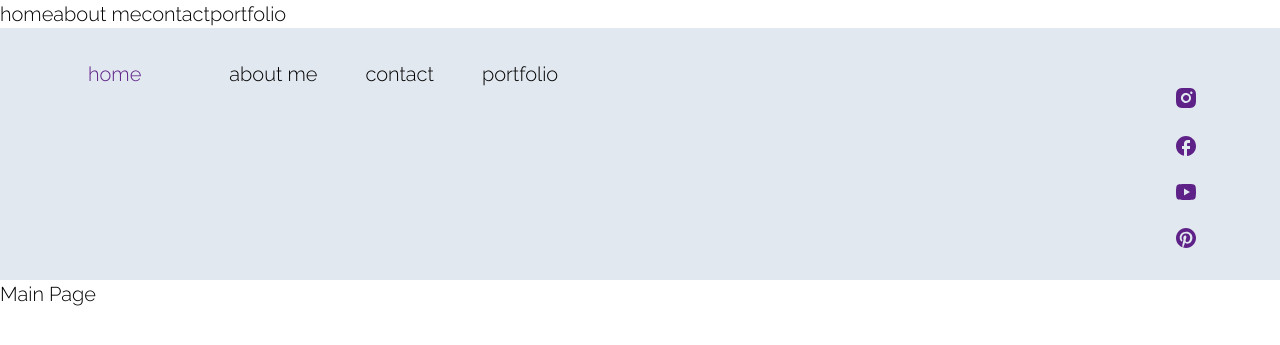
Repository: hubertrh/klaudia-personal-next
Page: /
An editor plug-in stored every save of this project. The page is shown before and after the next save, followed by the edit.
The browser window is 1280 px wide. The pictures show the whole page.
The project was rebuilt for these pictures with package versions that can differ from the ones it lists, and the page was loaded fresh each time. The framework's server and built-in components were replaced by stand-ins that run in the browser. Also part of the build but not shown: next.config.js.

Above is the page before, as saved 2023-08-11 18:02:08.

### app/layout.tsx
import './globals.css';
import type { Metadata } from 'next';
import { Inter } from 'next/font/google';
import Link from 'next/link';

const inter = Inter({ subsets: ['latin'] });

export const metadata: Metadata = {
  title: 'Klaudia Rogala-Haracz',
  description: 'Portrait and reportage photography. Based in London.',
};

export default function RootLayout({
  children,
}: {
  children: React.ReactNode;
}) {
  return (
    <html lang="en">
      <body className={inter.className}>
        <header>
          <nav>
            <Link href="#!">home</Link>
            <Link href="#!">about me</Link>
            <Link href="#!">contact</Link>
            <Link href="#!">portfolio</Link>
          </nav>
          <div></div>
        </header>
        {children}
      </body>
    </html>
  );
}

### app/(site)/layout.tsx
import '../globals.css';
import type { Metadata } from 'next';
import { Raleway } from 'next/font/google';
import Image from 'next/image';
import Link from 'next/link';
import igIcon from '@/public/icons/ig-icon.svg';
import fbIcon from '@/public/icons/fb-icon.svg';
import ytIcon from '@/public/icons/yt-icon.svg';
import pinIcon from '@/public/icons/pin-icon.svg';

const raleway = Raleway({ weight: '300', subsets: ['latin'] });

export const metadata: Metadata = {
  title: 'Klaudia Rogala-Haracz',
  description: 'Portrait and reportage photography. Based in London.',
};

export default function RootLayout({
  children,
}: {
  children: React.ReactNode;
}) {
  return (
    <html lang="en">
      <body className={`${raleway.className} text-xl`}>
        <header className="flex justify-between bg-slate-200 px-16 py-8">
          <nav className="nav">
            <Link className="!ml-0 !mr-10 text-primary" href="/">
              home
            </Link>
            <Link href="#!">about me</Link>
            <Link href="#!">contact</Link>
            <Link href="/portfolio">portfolio</Link>
          </nav>
          <div className="social-icons">
            <Link href="https://www.instagram.com/_klaudiarogala/">
              <Image src={igIcon} alt="Instagram icon" />
            </Link>
            <Link href="https://www.facebook.com/klaudiarogalaphotographer/">
              <Image src={fbIcon} alt="Facebook icon" />
            </Link>
            <Link href="https://www.youtube.com/channel/UCyVfMWp16X_wYCG9213YOQw/">
              <Image src={ytIcon} alt="YouTube icon" />
            </Link>
            <Link href="https://www.pinterest.com/zuzannnnaa/">
              <Image src={pinIcon} alt="Pinterest icon" />
            </Link>
            {/* <a class="lang-btn" href="/pl/index.html"><img src="/icons/flag-pl.svg" /></a> */}
          </div>
        </header>
        {children}
      </body>
    </html>
  );
}

### app/(site)/page.tsx
export default function Home() {
  return <div>Main Page</div>;
}

### app/globals.css
@tailwind base;
@tailwind components;
@tailwind utilities;

:root {
  --foreground-rgb: 0, 0, 0;
  --background-rgb: 255, 255, 255;
}

body {
  color: rgb(var(--foreground-rgb));
  background: rgb(var(--background-end-rgb));
}

.nav > * {
  @apply relative px-6 py-6 transition-all duration-300 before:absolute before:bottom-4 before:left-1/2 before:h-[1.5px] before:w-0 before:-translate-x-1/2 before:bg-primary before:transition-all before:duration-300 before:ease-out before:content-[''] hover:text-primary hover:before:w-full;
}

.social-icons > * {
  @apply pl-10;
}

### tailwind.config.js
/** @type {import('tailwindcss').Config} */
module.exports = {
  content: [
    './pages/**/*.{js,ts,jsx,tsx,mdx}',
    './components/**/*.{js,ts,jsx,tsx,mdx}',
    './app/**/*.{js,ts,jsx,tsx,mdx}',
  ],
  theme: {
    extend: {
      colors: {
        primary: '#5D2187',
      },
      backgroundImage: {
        'gradient-radial': 'radial-gradient(var(--tw-gradient-stops))',
        'gradient-conic':
          'conic-gradient(from 180deg at 50% 50%, var(--tw-gradient-stops))',
      },
    },
  },
  plugins: [],
};

After the next save:
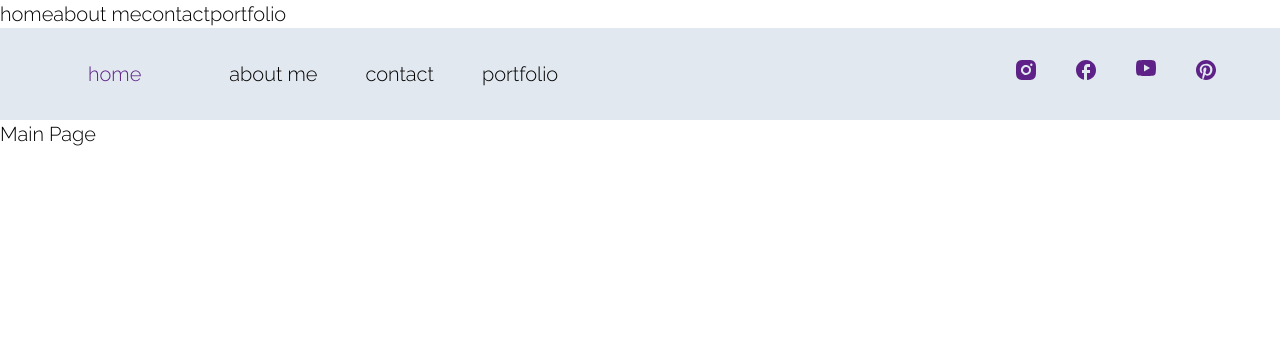
Saved 102 s later.
--- a/app/(site)/layout.tsx
+++ b/app/(site)/layout.tsx
@@ -32,7 +32,7 @@ export default function RootLayout({
             <Link href="#!">contact</Link>
             <Link href="/portfolio">portfolio</Link>
           </nav>
-          <div className="social-icons">
+          <div className="social-icons flex flex-row">
             <Link href="https://www.instagram.com/_klaudiarogala/">
               <Image src={igIcon} alt="Instagram icon" />
             </Link>
